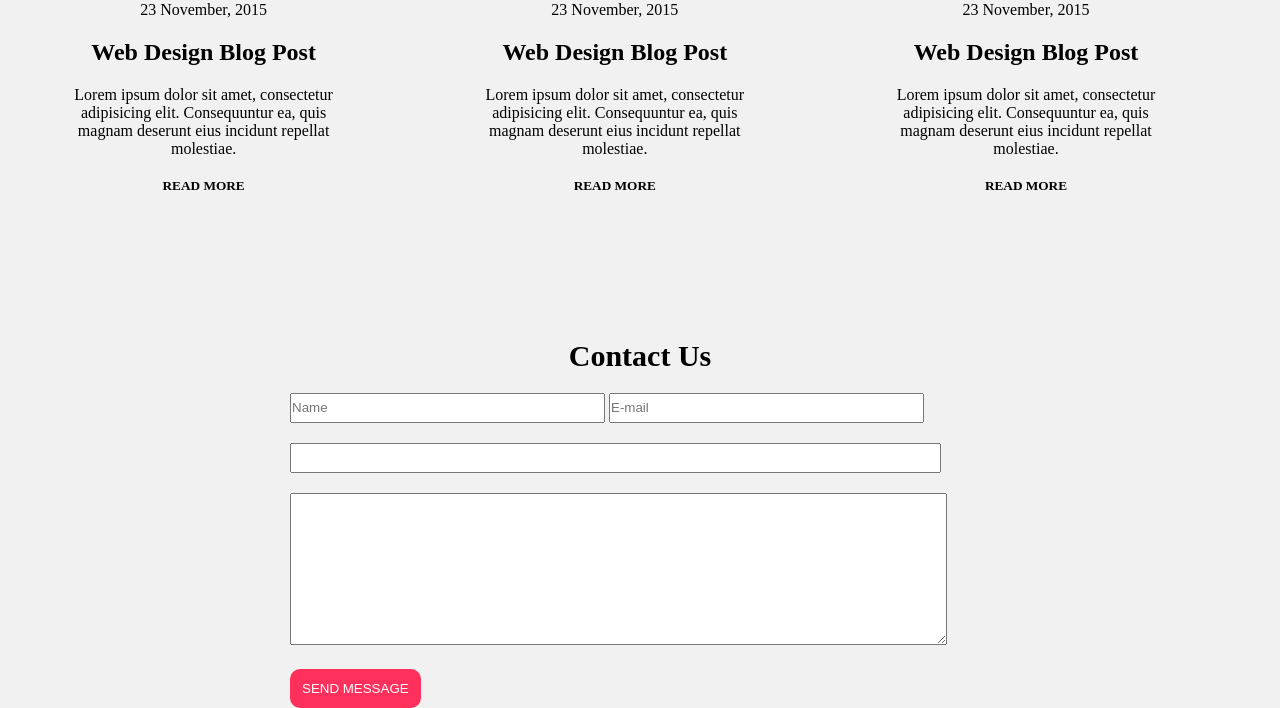
Repository: Ahmedalid/New-project
Page: Rout/index.html
These files come from the project's save history. The page is drawn as it stood at one moment and after the next save; the edit follows.
The browser window is 1280 px wide. The pictures show the part of the page from y = 3461 to 4187 px (the page is 4169 px tall before and 4187 px after).
A picture or video elsewhere on the page could not be fetched, so the positions and the page height are approximate.

Above is the page before, as saved 2023-05-24 19:57:04.

### Rout/index.html
<!DOCTYPE html>
<html lang="en">

<head>
    <meta charset="UTF-8">
    <meta http-equiv="X-UA-Compatible" content="IE=edge">
    <meta name="viewport" content="width=device-width, initial-scale=1.0">
    <link rel="stylesheet" href="https://cdnjs.cloudflare.com/ajax/libs/font-awesome/6.4.0/css/all.min.css">
    <link rel="stylesheet" href="css/style.css">
    <title>Document</title>
</head>

<body>
    <div class="bg-img" style="background-image: url(img/slider-02.jpg);">

        <div class="container pt">
            <div class="header-nav logo-nav">
                <h2>Fokir</h2>
            </div>
            <div class="header-nav">
                <ul>
                    <li><span class="nav-home">Home</span></li>
                    <li>About</li>
                    <li>Services </li>
                    <li>Portfolio</li>
                    <li>Testimonial</li>
                    <li>Blog </li>
                    <li>Contact</li>


                </ul>

            </div>
        </div>
        <div class="auto container">
            <h4 class="mt">Hello i'm</h4>
            <h1 class="mt">ALEX SMITH</h1>
            <p class="mt">Professional Web DesignerDesignerDeveloper</p>
        </div>

    </div>
    <div class="section-mt">
        <div class="section-2 container ">
            <div class="element-1">
                <span>
                    <img src="img/work-7.jpg" alt="Work-7">
                </span>
            </div>
            <div class="element-1">
                <h1><span>I</span>HELLO,</h1>
                <p class="mt">
                    Lorem ipsum dolor sit amet, consectetur adipisicing elit, sed do eiusmod tempor incididunt ut labore
                    et dolore magna aliqua. Ut enim ad minim veniam, quis nostrud exercitation ullamco laboris nisi ut
                    aliquip ex ea commodo consequat. Duis aute irure dolor in reprehenderit in voluptate velit esse
                    cillum dolore eu fugiat nulla pariatur. Excepteur sint occaecat cupidatat non proident, sunt in
                    culpa qui officia deserunt mollit anim id est laborum.
                </p>
                <div class="mt border"> </div>
                <div class="Name mt">
                    <div class="mt">Name: Rdam smith</div>
                    <div class="mt">Age: 26 Year</div>
                    <div class="mt">Freelance: Available</div>
                </div>
                <div class="Name mt">
                    <div class="mt">Job Title: UI/UX Designe</div>
                    <div class="mt">Location: United States, US</div>
                    <div class="mt">E-mail: example@gmail.com</div>
                </div>
                <div class="mt">
                    <button class="btn">Download CV <span><i class="fa fa-download"
                                aria-hidden="true"></i></span></button>

                    <button class="btn">Hire My <span><i class="fa fa-paper-plane"
                                aria-hidden="true"></i></span></button>
                </div>


            </div>
        </div>
    </div>
    <!-- section-3 -->
    <div class="section-bg">
        <section class="section-mt  ">
            <h1 class="pt">Our Services</h1>
            <div class="mt ">
                <div class="Services text-center">
                    <span class="mt"><i class="fa-solid fa-pen text-color"></i></span>
                    <h2 class="mt">UI/UX DESIGN</h2>
                    <p class="mt"> Lorem ipsum dolor sit amet, consectetur adipisicing elit. Ratione adipisci mollitia
                        quis
                        necstatibus.</p>
                </div>
                <div class="Services text-center">
                    <span class="mt"><i class="fa-solid fa-pen text-color"></i></span>
                    <h2 class="mt">APP DEVELOPMENT</h2>
                    <p class="mt"> Lorem ipsum dolor sit amet, consectetur adipisicing elit. Ratione adipisci mollitia
                        quis
                        necstatibus.</p>
                </div>
                <div class="Services text-center">
                    <span class="mt"><i class="fa-solid fa-pen text-color"></i></span>
                    <h2 class="mt">PRODUCT DESIGN</h2>
                    <p class="mt"> Lorem ipsum dolor sit amet, consectetur adipisicing elit. Ratione adipisci mollitia
                        quis
                        necstatibus.</p>
                </div>
                <div class="Services text-center">
                    <span class="mt"><i class="fa-solid fa-pen text-color"></i></span>
                    <h2 class="mt">UI/UX DESIGN</h2>
                    <p class="mt"> Lorem ipsum dolor sit amet, consectetur adipisicing elit. Ratione adipisci mollitia
                        quis
                        necstatibus.</p>
                </div>

            </div>
        </section>
    </div>
    <!-- section-4 -->
    <div class="">
        <section class="section-mt  ">
            <h1 class="pt">Our Portfolio</h1>
            <div class="text-center">
                <p class="p-Our">All</p>
                <p class="p-Our">GRAPHIC</p>
                <p class="p-Our">WEB DESIGN</p>
                <p class="p-Our">PRADNIG</p>
            </div>
            <div class="mt container">
                <div class="Portfolio text-center">
                    <span>
                        <img src="img/1.jpg" alt="">
                    </span>
                </div>
                <div class="Portfolio text-center">
                    <span>
                        <img src="img/2.jpg" alt="">
                    </span>
                </div>
                <div class="Portfolio text-center">
                    <span>
                        <img src="img/3.jpg" alt="">
                    </span>
                </div>
                <div class="Portfolio text-center">
                    <img src="img/5.jpg" alt="">
                </div>
                <div class="Portfolio text-center">
                    <img src="img/4.jpg" alt="">
                </div>
                <div class="Portfolio text-center">
                    <img src="img/6.jpg" alt="">
                </div>

            </div>
        </section>
    </div>

    <div class="section-bg">
        <section class="section-mt  ">
            <div class="mt ">
                <div class="Services text-center">
                    <span class="mt"><i class="fa-solid fa-pen text-color"></i></span>
                    <h2 class="mt">7</h2>
                    <p class="mt">Lorem, ipsum dolor.</p>
                </div>
                <div class="Services text-center">
                    <span class="mt"><i class="fa-solid fa-pen text-color"></i></span>
                    <h2 class="mt">9</h2>
                    <p class="mt"> Lorem ipsum dolor sit..</p>
                </div>
                <div class="Services text-center">
                    <span class="mt"><i class="fa-solid fa-pen text-color"></i></span>
                    <h2 class="mt">5</h2>
                    <p class="mt">Lorem ipsum dolor sit..</p>
                </div>
                <div class="Services text-center">
                    <span class="mt"><i class="fa-solid fa-pen text-color"></i></span>
                    <h2 class="mt">7</h2>
                    <p class="mt"> Lorem, ipsum dolor.</p>
                </div>

            </div>
        </section>
    </div>
    <section class="section-mt">
        <h1 class="text-center">Client's Feedback</h1>
        <div class="text-center mt">
            <img src="img/2 (1).jpg" alt="" class="w-3">
        </div>
    </section>
    <div class="section-bg">
        <section class="section-mt  ">
            <h1 class="pt">Our Blog</h1>
            <div class="mt ">
                <div class="Blog text-center">
                    <span class="mt">
                        <img src="img/1 (1).jpg" alt="">
                    </span>
                    <p class="mt">23 November, 2015</p>
                    <h2 class="mt"> Web Design Blog Post </h2>
                    <p class="mt">Lorem ipsum dolor sit amet, consectetur adipisicing elit. Consequuntur ea, quis magnam deserunt
                        eius incidunt repellat molestiae.</p>
                        <h5 class="mt">READ MORE </h5>


                </div>
                <div class="Blog text-center">
                    <span class="mt">
                        <img src="img/1 (1).jpg" alt="">
                    </span>
                    <p class="mt">23 November, 2015</p>
                    <h2 class="mt"> Web Design Blog Post </h2>
                    <p class="mt">Lorem ipsum dolor sit amet, consectetur adipisicing elit. Consequuntur ea, quis magnam deserunt
                        eius incidunt repellat molestiae.</p>
                        <h5 class="mt">READ MORE </h5>


                </div>
                <div class="Blog text-center">
                    <span class="mt">
                        <img src="img/1 (1).jpg" alt="">
                    </span>
                    <p class="mt">23 November, 2015</p>
                    <h2 class="mt"> Web Design Blog Post </h2>
                    <p class="mt">Lorem ipsum dolor sit amet, consectetur adipisicing elit. Consequuntur ea, quis magnam deserunt
                        eius incidunt repellat molestiae.</p>
                        <h5 class="mt">READ MORE </h5>


                </div>



            </div>
        </section>
        <section class="section-mt">
            <div class="text-center">
                <h1>Contact Us</h1>

            </div>
            <div class="Contact">
                <div class="mt">
                 <input type="text" placeholder="Name" class="w-5 h-input" name="" id="">
                <input type="text" name="" id="" placeholder="E-mail" class="w-5 input-l h-input">
                <input type="text" class="w-10 mt h-input" name="" id="">
                <textarea name="" class="mt" id="" cols="80" rows="10"></textarea>
                <button class="btn mt">SEND MESSAGE</button>
                </div>
            </div>
        </section>
    </div>
    <footer>
        <div class="text-center">

        </div>
    </footer>
</body>

</html>

### Rout/css/style.css
*{
    margin: 0;
    padding: 0;
    box-sizing: border-box;
}
.container{
    margin: auto 111px;
}
.bg-img{
    background-repeat: no-repeat;
    background-size: cover;
    height: 100vh;
}
.header-nav{
    display: inline-block;
    width: 49%;
    color: white;
}
.pt{
    padding-top: 25px;
}
.mt{
    margin-top: 20px;
}
.logo-nav h2{
    color: #ff305b;
    font-weight: bold;
    cursor: pointer;
    transition: 1.5s;
}
.logo-nav h2:hover{
    text-decoration: underline;
}
.header-nav ul li{
    display: inline-block;
    padding-left: 17px;
}
.nav-home{
    color: #ff305b;
}
.header-nav ul li:hover{
    text-decoration: underline;
    color: #ff305b;
    cursor: pointer;
}
.auto{
    /* margin: auto; */
    padding-top: 230px;
    color: white;
    text-align: center;
    font-weight: bold;
}
.element-1{
    display: inline-block;
    width: 49%;
    vertical-align: top;
}
.element-1 h1 span{
    color: #ff305b;
}
.border{
    border: dotted 1px black;
}
.Name{
    display: inline-block;
    width: 48%;
}
.section-mt{
    margin-top: 30px;
}
.btn{
    border: none;
    outline: none;
    background-color: #ff305b;
    color: white;
    padding: 12px;
    border-radius: 10px;
    cursor: pointer;
    transition: 0.5s;
}
.btn:hover{
    background-color: #ec2403;
}
.btn span i{
    margin-left: 7px;
}
.section-mt h1{
    text-align: center;
    font-size: 30px;
    font-weight: bold;
    padding-top: 100px;
}
.section-bg{
    background-color: #f1f1f1;

}
.Services{
    margin: auto 50px;
    display: inline-block;
    width: 15%;
    padding: 15px;
    cursor: pointer;
    transition: width 2s;
}
.text-color{
    color: #ff305b;
}
.text-center{
    text-align: center;
}
.Services:hover{
    background-color: white;
    width: 20%;

}

.Portfolio{
    /* margin: auto 50px; */
    display: inline-block;
    width: 33%;
    /* padding: 15px; */
    cursor: pointer;
    transition: width 2s;
}
img{
    width: 100%;
}
.p-Our{
    display: inline-block;
    text-align: center;
    margin-top: 15px;
    padding-left: 20px;
    transition: all 0.5s;
    cursor: pointer;
}
.p-Our:hover{
    border-bottom: 1px solid #ff305b;
}
.w-3{
    width: 30%;
}
.Blog{
    margin: auto 50px;
    display: inline-block;
    width: 24%;
    padding: 15px;
    cursor: pointer;
    transition: width 2s;
}
.Contact{
    margin: auto 290px;
}
.w-5{
    width: 45%;
}
.h-input{
    height: 30px;
}
.w-10{
    width: 93%;
}
.input-l{
    /* margin-left: 250px; */
}

After the next save:
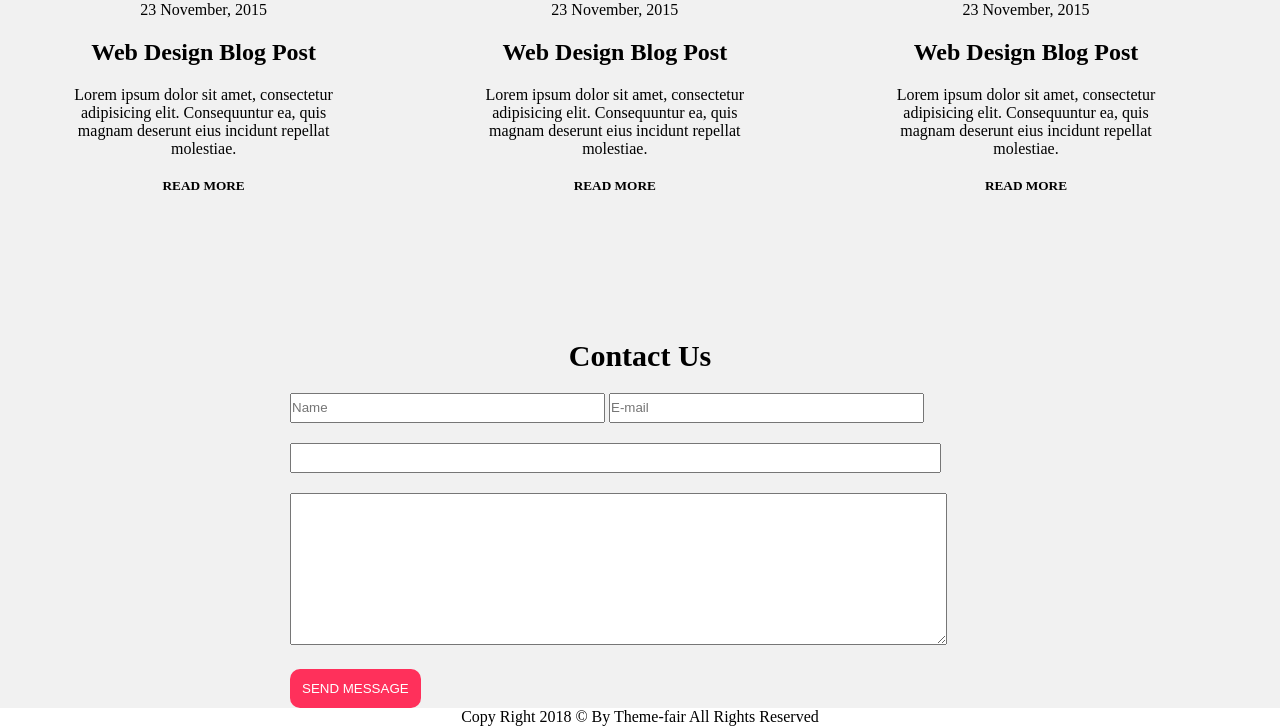
Saved 16 s later.
--- a/Rout/index.html
+++ b/Rout/index.html
@@ -252,6 +252,7 @@
     <footer>
         <div class="text-center">
 
+            <p>Copy Right 2018 © By Theme-fair All Rights Reserved</p>
         </div>
     </footer>
 </body>
